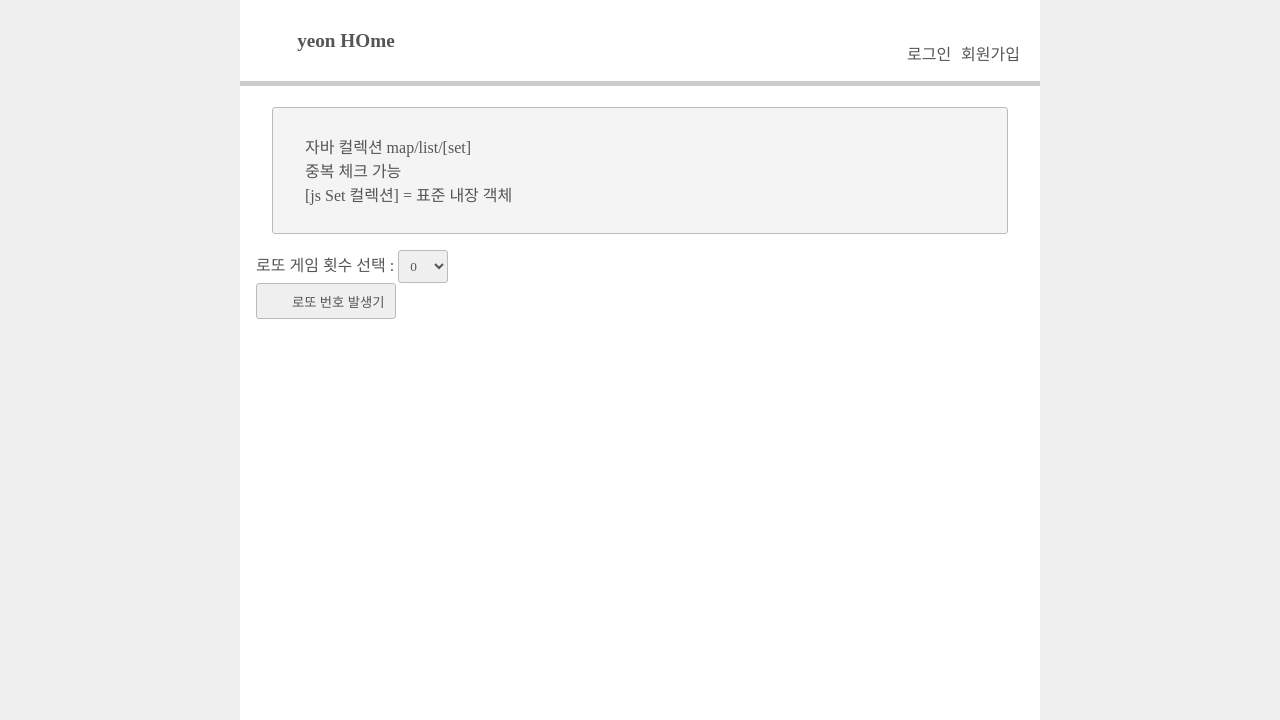
Repository: yeonhwa323/webPro
Page: webPro/src/main/webapp/javascript/days06/ex02_03.html
An editor plug-in stored every save of this project. The page is shown before and after the next save, followed by the edit.
The browser window is 1280 px wide. The pictures show the whole page.
Some web fonts or font styles are not loaded; a fallback is used.

Above is the page before, as saved 2024-04-12 02:24:17.

### webPro/src/main/webapp/javascript/days06/ex02_03.html
<!DOCTYPE html>
<html>
<head>
<meta charset="UTF-8">
<meta name="viewport" content="width=device-width, initial-scale=1.0">
<title>Insert title here</title>
<link rel="shortcut icon" type="image/x-icon" href="http://localhost/webPro/images/SiSt.ico">
<script src="https://ajax.googleapis.com/ajax/libs/jquery/3.7.1/jquery.min.js"></script>
<link rel="stylesheet" href="http://localhost/webPro/resources/cdn-main/example.css">
<script src="http://localhost/webPro/resources/cdn-main/example.js"></script>
<style>
 span.material-symbols-outlined{
   vertical-align: text-bottom;
 }
</style>
</head>
<body>
<header>
  <h1 class="main"><a href="#" style="position: absolute;top:30px;">yeon HOme</a></h1>
  <ul>
    <li><a href="#">로그인</a></li>
    <li><a href="#">회원가입</a></li>
  </ul>
</header>
<div>
  <xmp class="code">
    자바 컬렉션 map/list/[set]
    중복 체크 가능
    [js Set 컬렉션] = 표준 내장 객체
  </xmp>
   로또 게임 횟수 선택 :
  <select id="cmbCnt"></select>
  <br>
  <button>로또 번호 발생기</button>
  <p id="demo"></p>

</div>
  <script>

    for (var i = 0; i <= 20; i++) {
	   $("#cmbCnt").append( $("<option></option>").text(i) );
	}

    function getRndInt(min,max) {
    	return Math.floor( Math.random()*(max-min+1)) +min;
    };

    $("button").on("click", function(event){

       $("#demo").html("");  // 초기화
       // int [] lotto = new int[6];
       // int [][] lottos = new int[3][6];

       const lottos = [];  // [s] [s] [s]
       const lotto = new Set();
       let n;
       while( lotto.size < 6 ){
    	   n = getRndInt(1,45);
    	   lotto.add(n);
       }//while

      // 오름차순 정렬
      //lotto.sort((a,b)=>a-b);

      let content = "<ul>";
      //content += lotto.join("</li><li>")
      lotto.forEach(function(v){
    	  content += `<li>${v}</li>`;
      });
      content += "</ul>";

      $("#demo").html(content);
    });

  </script>
</body>
</html>

### webPro/src/main/webapp/resources/cdn-main/example.css
@charset "UTF-8";

@import url('https://fonts.googleapis.com/css2?family=Material+Symbols+Outlined:opsz,wght,FILL,GRAD@20..48,100..700,0..1,-50..200');

@font-face {
    font-family: 'GmarketSansMedium';
    src: url('https://cdn.jsdelivr.net/gh/projectnoonnu/noonfonts_2001@1.1/GmarketSansMedium.woff') format('woff');
    font-weight: normal;
    font-style: normal;
}

:root {
	--text-color: #555;
	--sub-text-color: #777;
	--back-color: #EFEFEF;
	--header-color: #444;
	--primary-color: #DEDEDE;
	--secondary-color: #EFEFEF;
	--default-width: 800px;
	--narrow-width: 500px;
	--wide-width: 1200px;
	--text-font: 'GmarketSansMedium';
	--icon-font: 'Material Symbols Outlined';
	--border-color: #CCC;
}

html, body {
	margin: 0;
	padding: 0;
}

html {
	background-color: var(--back-color);
	display: flex;
	justify-content: center;
	min-height: 100vh;
}

body, body.default {
	width: var(--default-width);
	background-color: white;
	padding-bottom: 120px;
}

body.wide {
	width: var(--wide-width);
}

body.narrow {
	width: var(--narrow-width);
}



body, p, div, span, a, input, select, option, textarea, button, table, th, td, label, fieldset, legend {
	font-family: var(--text-font);
	color: var(--text-color);
}

h1, h2, h3 {
	font-family: var(--text-font);
	color: var(--header-color);
	padding: 0 1rem;
	padding-top: .5rem;
}

div > h1, div > h2, div > h3 {
	padding: 0;
}

body > div, body > main > div {
	padding: 0.3rem 1rem;
}


h1 { font-size: 2rem; border-bottom: 1px solid var(--border-color); }
h1 small { font-size: 1.2rem; color: var(--sub-text-color); }
h2 { font-size: 1.5rem; border-bottom: 1px dashed var(--border-color); }
h2 small { font-size: 1.1rem; color: --sub-text-color; }
h3 { font-size: 1.2rem; }
h3 small { font-size: 1rem; color: --sub-text-color; }



h1.main::before {
	font-family: var(--icon-font);
  	content: '\e666';
  	margin-right: 10px;
  	float: left;
	font-size: 2.5rem;
}

h1.sub::before {
	font-family: var(--icon-font);
  	content: '\ea19';
  	margin-right: 10px;
  	float: left;
	font-size: 2.5rem;
}


h1.page::before {
	font-family: var(--icon-font);
  	content: '\e0e0';
  	margin-right: 10px;
  	float: left;
	font-size: 2.5rem;
}

body > header > ul > li > .active{
	background-color: #FFF;
	color:#F00;
}

body > header {
	display: flex;
	justify-content: space-between;
	border-bottom: 5px solid var(--border-color);
	min-height: 74px;
	background-color: #FFF;
}

body > header.sticky {
	position: sticky;
	top: 0;
	z-index: 98;
}

body > header > h1 {
	font-size: 1.2rem;
	border: 0;
}

body > header.in > h1::before {
	font-family: var(--icon-font);
  	content: '\e332‥';
  	margin-right: 3px;
  	float: left;
	font-size: 2rem;
}


body > header > ul {
	list-style-type: none;
	display: flex;
	align-items: flex-end;
	margin-right: 10px;
}

body > header > ul > li {
	margin-right: 10px;
	cursor: pointer;
}

body > header > ul > li > a {
	cursor: pointer;
}


form {
	display: block;
}

form > div {
	padding: 0.3rem 1rem;
}

div > form > div {
	padding: 0.3rem 0;
}

input, textarea, button, select {
	border: 1px solid #BBB;
	border-radius: 3px;
	outline: none;
	resize: none;
	padding: 7px;
	margin: 0;
}

input[type=text]:read-only, textarea:read-only {
	cursor: not-allowed;
	background-color: #FFF;
}

input[type=text]:disabled, textarea:disabled {
	cursor: not-allowed;
	background-color: #EEE;
}

input[type=text], input[type=password], textarea, button, select {
	/* width: 300px; */
}

textarea {
	display: block;
	height: 100px;
}

input[type=button], input[type=submit], button {
	/* width: inherit; */
}

input.short, textarea.short, button.short, select.short {
	width: 100px;
}

input.long, textarea.long, button.long, select.long {
	width: 350px;
}

.narrow input.long, .narrow textarea.long, .narrow button.long, .narrow select.long {
	width: calc(100% - 20px);
}

input.full, textarea.full, button.full, select.full {
	width: calc(100% - 20px);
}

textarea.short {
	height: 50px;
}

textarea.long {
	height: 100px;
}

textarea.full {
	height: 200px;
}

input, textarea {
	padding-top: 8px;
}

input[type=button], input[type=submit], button {
	padding: 5px 10px;
	background-color: var(--secondary-color);
	cursor: pointer;
	min-height: 36px;
}

input[type=button].primary, input[type=submit].primary, button.primary {
	/* background-color: rgba(100, 149, 237, .2); */
	background-color: var(--primary-color);
}

input[type=button].primary:hover, input[type=submit].primary:hover, button.primary:hover {
	/* background-color: rgba(100, 149, 237, .3); */
	background-color: var(--secondary-color);
}

input[type=button]:hover, input[type=submit]:hover, button:hover {
	background-color: var(--primary-color);
}

button {
	position: relative;
	left: 0;
	top: 0;
	padding-left: 35px;
}

button .material-symbols-outlined {
	position: absolute;
	left: 10px;
	top: 4px;
}

/* k2nik add */
button.login::before {
	font-family: var(--icon-font);
  	content: '\ea77';
	position: absolute;
	left: 11px;
	top: 4px;
	font-size: 1.25rem;
}

/* k2nik logout */
button.logout::before {
	font-family: var(--icon-font);
  	content: '\e9ba';
	position: absolute;
	left: 11px;
	top: 4px;
	font-size: 1.25rem;
}

/* k2nik help */
button.help::before {
	font-family: var(--icon-font);
  	content: '\f1c0';
	position: absolute;
	left: 11px;
	top: 4px;
	font-size: 1.25rem;
}

button.add::before{
	font-family: var(--icon-font);
  	content: '\e746';
	position: absolute;
	left: 11px;
	top: 4px;
	font-size: 1.25rem;
}

button.back::before {
	font-family: var(--icon-font);
  	content: '\e166';
	position: absolute;
	left: 11px;
	top: 4px;
	font-size: 1.25rem;
}

button.list::before {
	font-family: var(--icon-font);
  	content: '\e0ee';
	position: absolute;
	left: 11px;
	top: 4px;
	font-size: 1.25rem;
}


button.del::before {
	font-family: var(--icon-font);
  	content: '\e872';
	position: absolute;
	left: 11px;
	top: 4px;
	font-size: 1.25rem;
}


button.edit::before {
	font-family: var(--icon-font);
  	content: '\e745';
	position: absolute;
	left: 11px;
	top: 4px;
	font-size: 1.25rem;
}


button.login::before {
	font-family: var(--icon-font);
  	content: '\ea77';
	position: absolute;
	left: 11px;
	top: 4px;
	font-size: 1.25rem;
}


button.logout::before {
	font-family: var(--icon-font);
  	content: '\e9ba';
	position: absolute;
	left: 11px;
	top: 4px;
	font-size: 1.25rem;
}


button.in::before {
	font-family: var(--icon-font);
  	content: '\f71a';
	position: absolute;
	left: 11px;
	top: 4px;
	font-size: 1.25rem;
}


button.out::before {
	font-family: var(--icon-font);
  	content: '\f70e';
	position: absolute;
	left: 11px;
	top: 4px;
	font-size: 1.25rem;
}


button.reply::before {
	font-family: var(--icon-font);
  	content: '\e15e';
	position: absolute;
	left: 11px;
	top: 4px;
	font-size: 1.25rem;
}


button.comment::before {
	font-family: var(--icon-font);
  	content: '\e0b9';
	position: absolute;
	left: 11px;
	top: 4px;
	font-size: 1.25rem;
}


button.modal::before {
	font-family: var(--icon-font);
  	content: '\e89e';
	position: absolute;
	left: 11px;
	top: 4px;
	font-size: 1.25rem;
}


button.ok::before {
	font-family: var(--icon-font);
  	content: '\e86c';
	position: absolute;
	left: 11px;
	top: 4px;
	font-size: 1.25rem;
}


button.cancel::before {
	font-family: var(--icon-font);
  	content: '\e5c9';
	position: absolute;
	left: 11px;
	top: 4px;
	font-size: 1.25rem;
}

button.search::before {
	font-family: var(--icon-font);
  	content: '\e8b6';
	position: absolute;
	left: 11px;
	top: 4px;
	font-size: 1.25rem;
}

button.home::before {
	font-family: var(--icon-font);
  	content: '\e88a';
	position: absolute;
	left: 11px;
	top: 4px;
	font-size: 1.25rem;
}


button.sidebar::before {
	font-family: var(--icon-font);
  	content: '\f7e4';
	position: absolute;
	left: 11px;
	top: 4px;
	font-size: 1.25rem;
}


button.sidebar-right::before {
	font-family: var(--icon-font);
  	content: '\f7e5';
	position: absolute;
	left: 11px;
	top: 4px;
	font-size: 1.25rem;
}




button::before {
	font-family: var(--icon-font);
  	content: '\e323';
	position: absolute;
	left: 11px;
	top: 4px;
	font-size: 1.25rem;
}


table {
	border-collapse: collapse;
	margin: 1rem;
	box-sizing: border-box;
	width: calc(100% - 32px);
}

table.content {
	width: auto;
}

div > table {
	margin: 0;
}

table th, table td {
	border: 1px solid var(--border-color);
	padding: 7px;
	font-weight: normal;
}

table th {
	background-color: var(--back-color);
}

table.vertical th {
	width: 150px;
}

table.vertical td {
	width: calc(100% - 182px);
	padding-left: 10px;
}

table.content td, table.content th {
	width: auto;
}

body.narrow table.vertical th {
	width: 100px;
}

body.narrow table.vertical td {
	width: calc(100% - 182px);
}


table + table {
	margin-top: 30px;
}


p {
	padding: 0 1rem;
}

a {
	text-decoration: none;
}

a:hover {
	color: rgba(255, 99, 71, .7);
}

hr {
	border: 0;
	border-top: 1px solid var(--border-color);
	margin: 2rem 0;
}

.message {
	border: 1px solid var(--border-color);
	background-color: #EFEFEF;
	margin: 1rem;
	width: auto;
	padding-top: 10px;
	padding-bottom: 10px;
	font-size: 14px;
}

.message[title]::before {
	content: attr(title);
	display: block;
	border-bottom: 1px solid var(--border-color);
	padding-bottom: 5px;
	margin-bottom: 10px;
	margin-top: 7px;
}

.message.short {
	max-width: 250px;
}

.message.long {
	max-width: 500px;
}

.badge {
	float: right;
	font-size: .8rem;
	margin-top: 2px;
	margin-right: 2px;
	text-shadow: 0 0 7px gray;
}

.badge.left {
	float: none;
	margin-left: 2px;
}

.badge.right {
	float: right;
}

.badge.red {
	border-radius: 50%;
	padding: 2px 5px;
	background-color: rgb(255, 99, 71, .3);
}

.badge.yellow {

	border-radius: 50%;
	padding: 2px 5px;
	background-color: rgb(255, 215, 0, .5);
}

.badge.blue {
	border-radius: 50%;
	padding: 2px 5px;
	background-color: rgb(100, 149, 237, .3);
}

label + label {
	margin-left: 7px;
}

label input[type=checkbox], label input[type=radio] {
	transform: translate(0, 1px);
}

.group {
	display: flex;
}

.modal-content .group {
	margin-bottom: .5rem;
}

.group label {
	border: 1px solid #BBB;
	border-radius: 3px;
	outline: none;
	resize: none;
	padding: 7px 14px;
	margin: 0;
	border-top-right-radius: 0;
	border-bottom-right-radius: 0;
	background-color: #EFEFEF;
	white-space: nowrap;
	font-size: 14px;
}

.group input[type=text] {
	margin-left: -1px;
	border-top-left-radius: 0;
	border-bottom-left-radius: 0;
}

.group select {
	margin-left: -1px;
	border-top-left-radius: 0;
	border-bottom-left-radius: 0;
}

.group input.full[type=text] {
	margin-left: -1px;
	border-top-left-radius: 0;
	border-bottom-left-radius: 0;
	width: 100%;
}

.group input[type=button]:first-child, .group button:first-child {
	border-top-left-radius: 3px;
	border-bottom-left-radius: 3px;
	margin-left: 0px;
}

.group input[type=button], .group button {
	border-radius: 0;
	margin-left: -1px;
}

.group input[type=button]:last-child, .group button:last-child {
	margin-left: -1px;
	border-top-right-radius: 3px;
	border-bottom-right-radius: 3px;
}

.seperate {
	display: flex;
	justify-content: space-between;
}

div.list {
	width: max-content;
	margin: 1rem;
	border: 1px solid #BBB;
	border-radius: 3px;
	padding: 0;
}

div.list.full {
	width: auto;
	display: block;
	margin: 1rem;
	border: 1px solid #BBB;
	border-radius: 3px;
	padding: 0;
}

div.list > div {
	padding: .5rem 1rem;
	margin: 0;
	border-bottom: 1px solid #BBB;
}

div.list > div:last-child {
	border-bottom: 0;
}

pre.code , xmp.code{
	font-family: consols;
	background-color: rgba(150, 150, 150, .1);
	border: 1px solid #BBB;
	border-radius: 3px;
	padding: .5rem 1rem;
	padding-bottom: .6rem;
	margin: 1rem;
}




*[data-modal-window] {
	position: fixed;
	background-color: rgba(0, 0, 0, .3);
	left: 0;
	top: 0;
	display: none;
	justify-content: center;
	align-items: flex-start;
	width: 100%;
	min-height: 100vh;
	z-index: 100;
	opacity: 0;
	transition: 500ms all;
}

*[data-modal-window] .modal-container {
	border-radius: 5px;
	padding: 1rem;
	padding-bottom: .5rem;
	margin-top: -500px;
	opacity: 0;
	width: 500px;
	background-color: #FFF;
	margin-right: 2rem;
	transition: 500ms all;
}

*[data-modal-size=content] .modal-container {
	width: auto;
}

*[data-modal-size=narrow] .modal-container {
	width: 300px;
}

*[data-modal-size=wide] .modal-container {
	width: 760px;
}


*[data-modal-window] .modal-header {
	border-bottom: 1px solid var(--border-color);
	padding: 2px 5px;
}

*[data-modal-window] .modal-content {
	padding: 1rem 5px;
}

*[data-modal-window] .modal-content div:last-child {
	margin-top: 1rem;
	text-align: right;
}



*[data-sidebar-window] {
	position: fixed;
	background-color: #FFF;
	left: 0;
	top: 0;
	display: block;
	width: 300px;
	border-right: 1px solid var(--border-color);
	box-sizing: border-box;
	box-shadow: 0 0 3px var(--back-color);
	min-height: 100vh;
	z-index: 99;
	transform: translate(-300px, 0);
	transition-duration: 500ms;
	transition-property: transform;
}

*[data-sidebar-direction=right] {
	left: auto;
	right: 0;
	transform: translate(300px, 0);
	border-left: 1px solid var(--border-color);
}

*[data-sidebar-size=wide] {
	width: 500px;
	transform: translate(-500px, 0);
}

*[data-sidebar-window] .sidebar-title {
	border-bottom: 1px solid var(--border-color);
	margin-top: 20px;
	margin-bottom: 20px;
	padding-bottom: 5px;
	display: flex;
	justify-content: space-between;
}

*[data-sidebar-window] .sidebar-title span:last-child {
	cursor: pointer;
}


/* K2Nik pagination */
.center {
  text-align: center;
}

.pagination {
  display: inline-block;
}

.pagination a {
  color: black;
  float: left;
  padding: 3px 6px;
  text-decoration: none;
  transition: background-color .3s;
  border: 1px solid #ddd;
  margin: 0 3px;
}

.pagination a.active {
  background-color: #4CAF50;
  color: white;
  border: 1px solid #4CAF50;
}

.pagination a:hover:not(.active) {background-color: #ddd;}

### webPro/src/main/webapp/resources/cdn-main/example.js

window.onload = () => {

    const list = document.querySelectorAll('input, textarea');

    list.forEach(item => {
        item.setAttribute('autocomplete', 'off');
    });


    const modal_btn_list = document.querySelectorAll('*[data-modal-button]');

    modal_btn_list.forEach(item => {
        item.onclick = function() {

            const name = this.dataset['modalButton'];
            const modal_window = document.querySelector('*[data-modal-window=' + name);

            const container = document.createElement('div');
            container.className = 'modal-container';



            const modal_header = document.createElement('div');
            modal_header.textContent = modal_window.dataset['modalTitle'];
            modal_header.className = 'modal-header';
            container.appendChild(modal_header);

            const modal_content = document.createElement('div');
            modal_content.className = 'modal-content';
            container.appendChild(modal_content);

            Array.from(modal_window.childNodes).forEach(item => {
                modal_content.appendChild(item);
            });

            modal_window.appendChild(container);

            modal_window.style.display = 'flex';

            setTimeout(() => {
                modal_window.style.opacity = 1;
                container.style.marginTop = '20px';
                container.style.opacity = 1;
            }, 50);


            const modal_ok = document.querySelector('*[data-modal-ok=' + name);
            modal_ok.addEventListener('click', function() {
                modal_window.style.opacity = 0;
                container.style.marginTop = '-500px';
                container.style.opacity = 0;

                setTimeout(() => {
                    modal_window.innerHTML = modal_content.innerHTML;
                    modal_window.style.display = 'none';
                }, 500);

            });

            const modal_cancel = document.querySelector('*[data-modal-cancel=' + name);
            modal_cancel.addEventListener('click', function() {

                modal_window.style.opacity = 0;
                container.style.marginTop = '-500px';
                container.style.opacity = 0;

                setTimeout(() => {
                    modal_window.innerHTML = modal_content.innerHTML;
                    modal_window.style.display = 'none';
                }, 500);
            });


        };
    });


    const sidebar_btn_list = document.querySelectorAll('*[data-sidebar-button]');

    sidebar_btn_list.forEach(item => {
        item.onclick = function() {



            const name = this.dataset['sidebarButton'];
            const sidebar_window = document.querySelector('*[data-sidebar-window=' + name);

            if (sidebar_window.style.transform == 'translate(0px, 0px)') return;



            sidebar_window.style.transform = 'translate(0, 0)';

            const sidebar_title = document.createElement('div');
            sidebar_title.className = 'sidebar-title';
            sidebar_title.innerHTML = '<span>' + sidebar_window.dataset['sidebarTitle'] + '</span><span class="material-symbols-outlined">close</span>';

            sidebar_title.children[1].onclick = function() {

                let sign = 1;
                let distance = 300;

                if (sidebar_window.dataset['sidebarDirection'] != 'right') {
                    sign = -1;
                } else {
                    sign = 1;
                }

                if (sidebar_window.dataset['sidebarSize'] != 'wide') {
                    distance = 300;
                } else {
                    distance = 500;
                }

                distance *= sign;

                sidebar_window.style.transform = 'translate(' + distance + 'px, 0)';

                setTimeout(function() {
                    sidebar_window.removeChild(sidebar_window.children[0]);
                }, 500);
            };


            sidebar_window.prepend(sidebar_title);

        }
    });

};

// window.onkeydown = function(event) {

//     if (event.keyCode == 27) {
//         if (document.querySelector('[data-modal-window').style.display == 'flex') {
//             document.querySelector('[data-modal-window').style.display = 'none';
//         }
//     }

// };

After the next save:
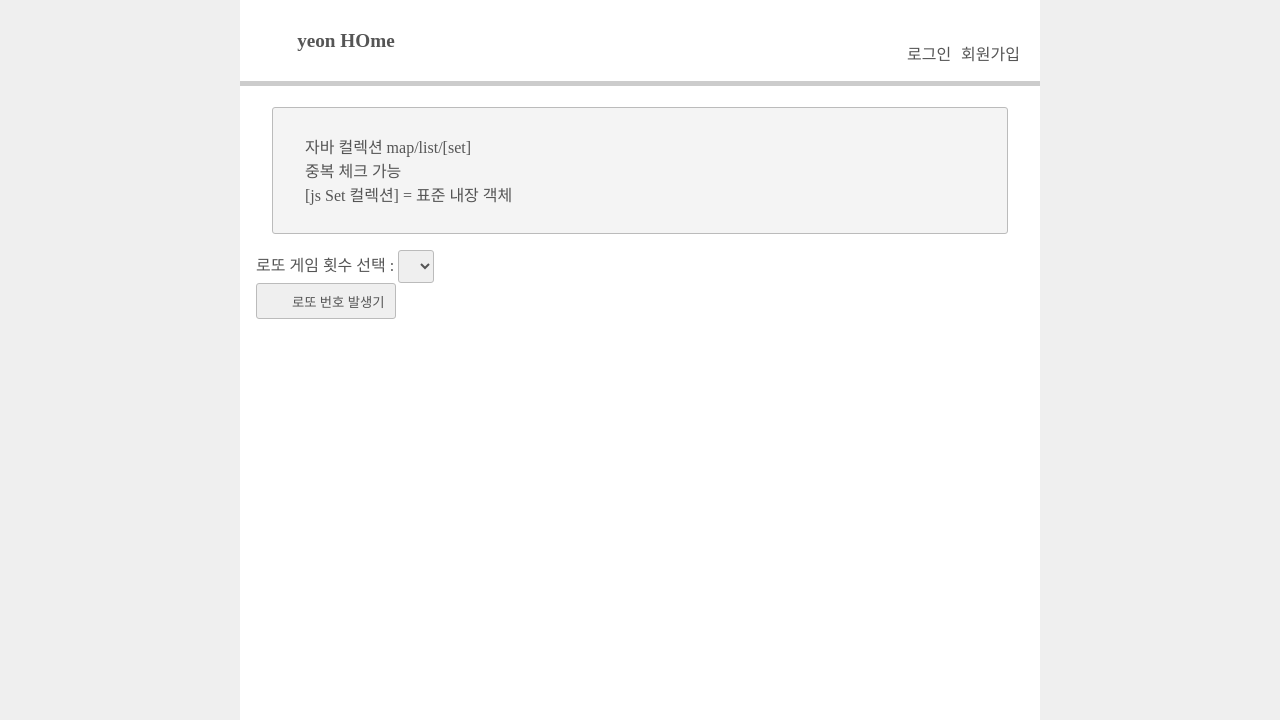
Console error: SyntaxError: Missing initializer in const declaration
Saved 28 s later.
--- a/webPro/src/main/webapp/javascript/days06/ex02_03.html
+++ b/webPro/src/main/webapp/javascript/days06/ex02_03.html
@@ -51,8 +51,9 @@
        // int [] lotto = new int[6];
        // int [][] lottos = new int[3][6];
 
+       // js 도 2차원 배열은 배열의 배열이다.
        const lottos = [];  // [s] [s] [s]
-       const lotto = new Set();
+       const lotto ;
        let n;
        while( lotto.size < 6 ){
     	   n = getRndInt(1,45);

After the 3 saves that followed:
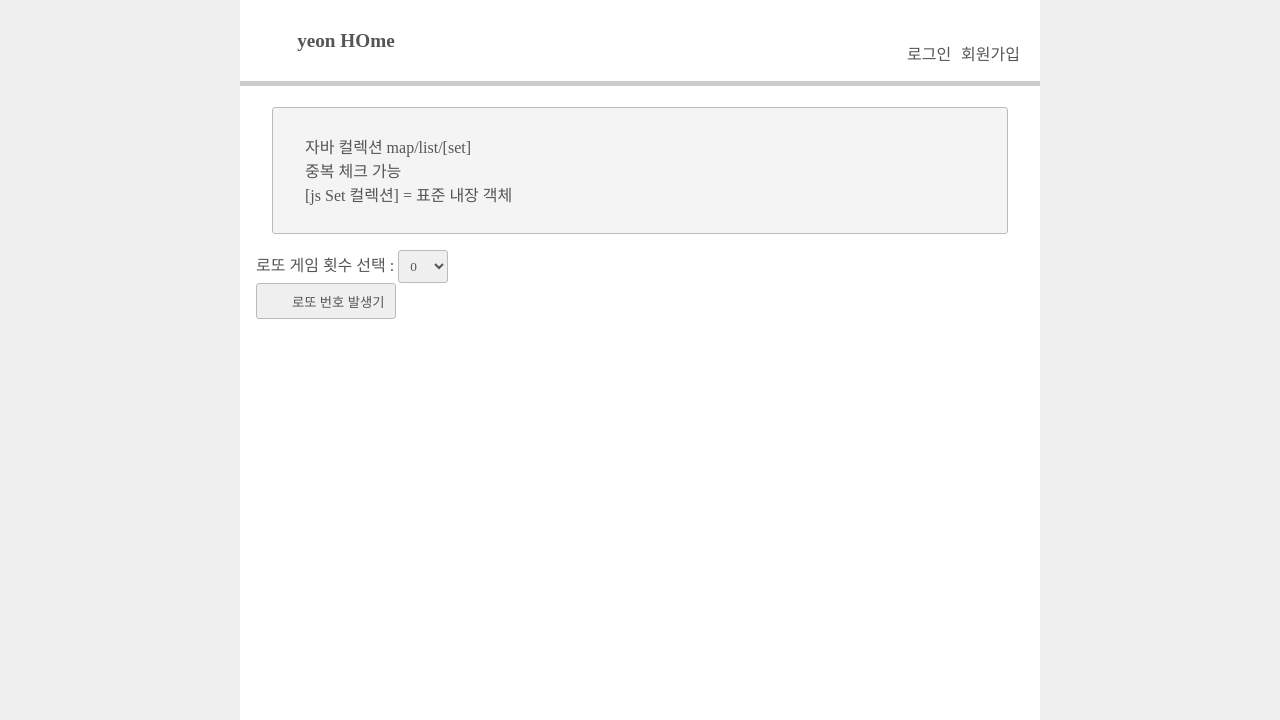
The error is gone.
The 3 saves are shown as one change because 2 left the picture as it was.
The last was saved 6 min 35 s later.
--- a/webPro/src/main/webapp/javascript/days06/ex02_03.html
+++ b/webPro/src/main/webapp/javascript/days06/ex02_03.html
@@ -53,22 +53,28 @@
 
        // js 도 2차원 배열은 배열의 배열이다.
        const lottos = [];  // [s] [s] [s]
-       const lotto ;
-       let n;
-       while( lotto.size < 6 ){
-    	   n = getRndInt(1,45);
-    	   lotto.add(n);
-       }//while
+       let lotto ;
+       let n; // 랜덤 로또 번호
+       num = $("#cmbCnt").val(); // 게임횟수
 
-      // 오름차순 정렬
-      //lotto.sort((a,b)=>a-b);
+       for (var i = 0; i < num; i++) {
+    	 lotto = new Set();
+    	 while ( lotto.size < 6 ) {
+			n = getRndInt(1,45);
+			lotto.add(n);
+		}// while
+		lotto.push(lotto);
+	   }// for
 
-      let content = "<ul>";
-      //content += lotto.join("</li><li>")
-      lotto.forEach(function(v){
-    	  content += `<li>${v}</li>`;
-      });
-      content += "</ul>";
+	   // 출력 [v = set의 객체]
+	   let content = "";
+       lotto.forEach( function (v,i,arr){
+    	   content += `${ i+1 } 게임 : `;
+    	   v.forEach((n) => {
+    		   content += `${ n.toString().padStart(2,'0') }\t`;
+    	   })
+    	   content += "<br>";
+       } );
 
       $("#demo").html(content);
     });
